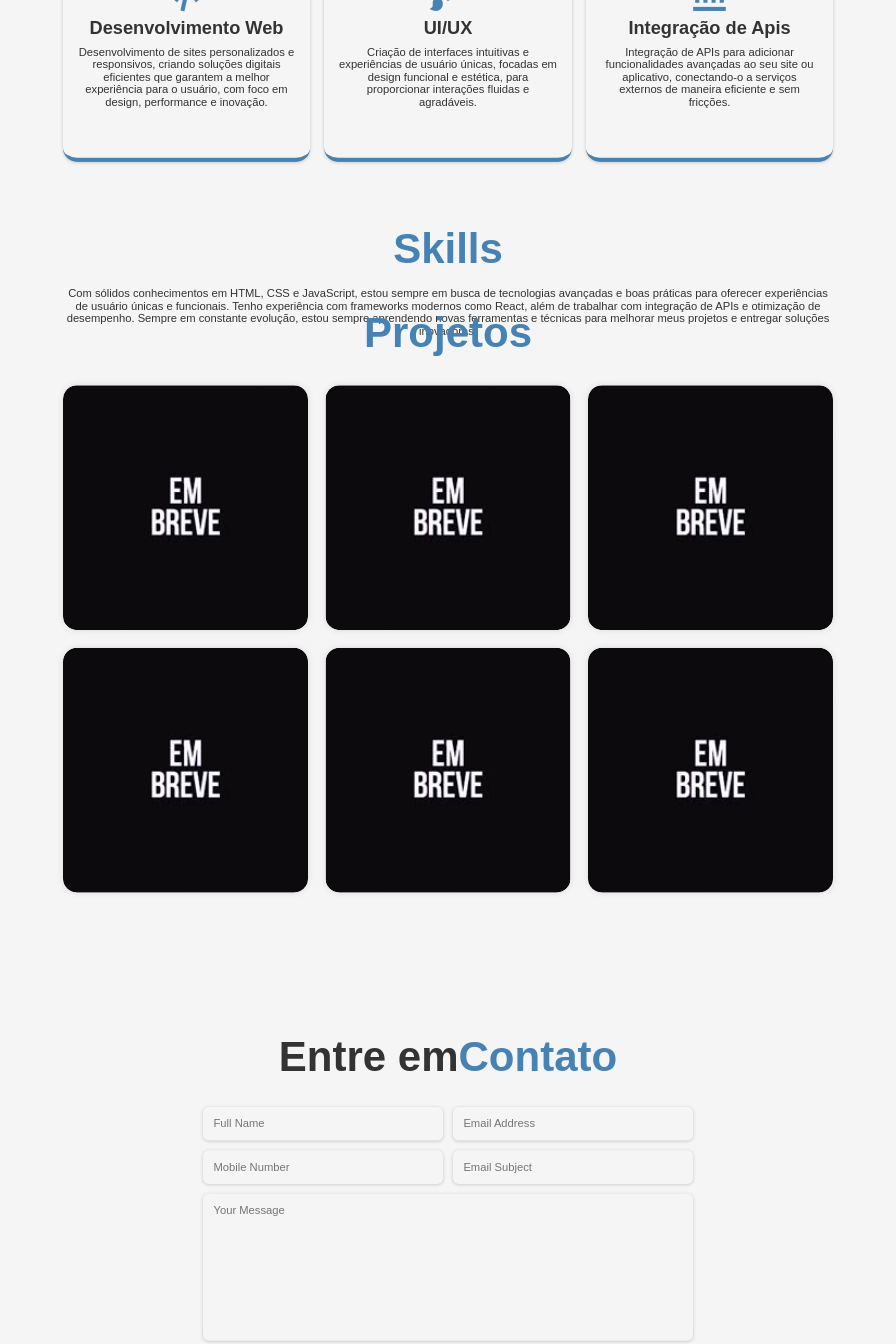
Repository: AliciaKathleen/portfolio-2025
Page: index.html
These files come from the project's save history. The page is drawn as it stood at one moment and after the next save; the edit follows.
The browser window is 1280 px wide. The pictures show the part of the page from y = 1726 to 3646 px (the page is 3900 px tall before and 4233 px after), at 70% of full size.

Above is the page before, as saved 2025-01-27 17:11:07.
Console error: TypeError: Cannot read properties of null (reading 'classList')

After the next save:
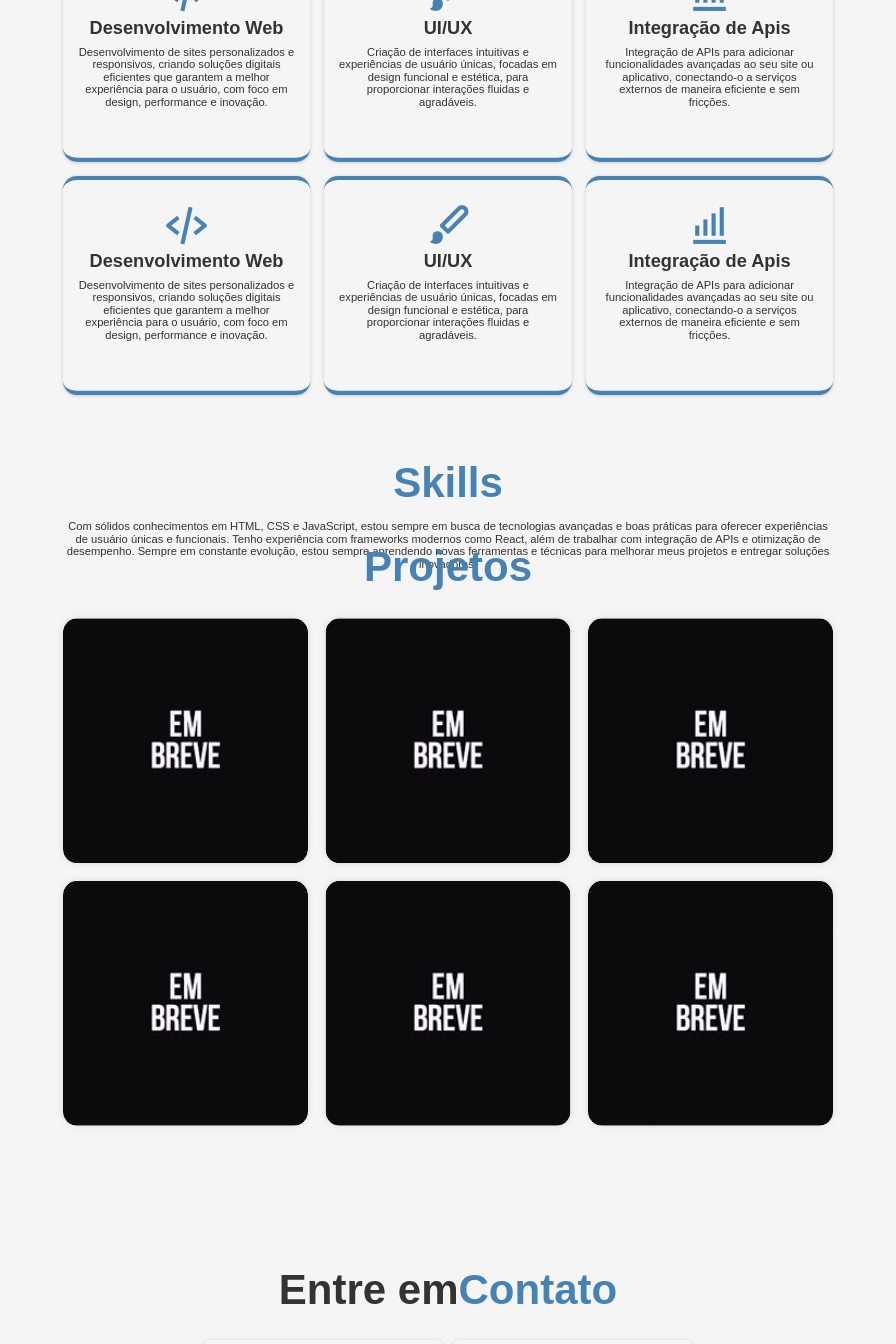
Saved 2 min 6 s later.
--- a/index.html
+++ b/index.html
@@ -89,6 +89,21 @@
                 <h3>Integração de Apis</h3>
                 <p>Integração de APIs para adicionar funcionalidades avançadas ao seu site ou aplicativo, conectando-o a serviços externos de maneira eficiente e sem fricções.</p>
             </div>
+            <div class="services-box">
+                <i class='bx bx-code-alt'></i>
+                <h3>Desenvolvimento Web</h3>
+                <p>Desenvolvimento de sites personalizados e responsivos, criando soluções digitais eficientes que garantem a melhor experiência para o usuário, com foco em design, performance e inovação.</p>
+            </div>
+            <div class="services-box">
+                <i class='bx bxs-paint'></i>
+                <h3>UI/UX</h3>
+                <p>Criação de interfaces intuitivas e experiências de usuário únicas, focadas em design funcional e estética, para proporcionar interações fluidas e agradáveis.</p>
+            </div>
+            <div class="services-box">
+                <i class='bx bx-bar-chart-alt'></i>
+                <h3>Integração de Apis</h3>
+                <p>Integração de APIs para adicionar funcionalidades avançadas ao seu site ou aplicativo, conectando-o a serviços externos de maneira eficiente e sem fricções.</p>
+            </div>
         </div>
     </section>
 
